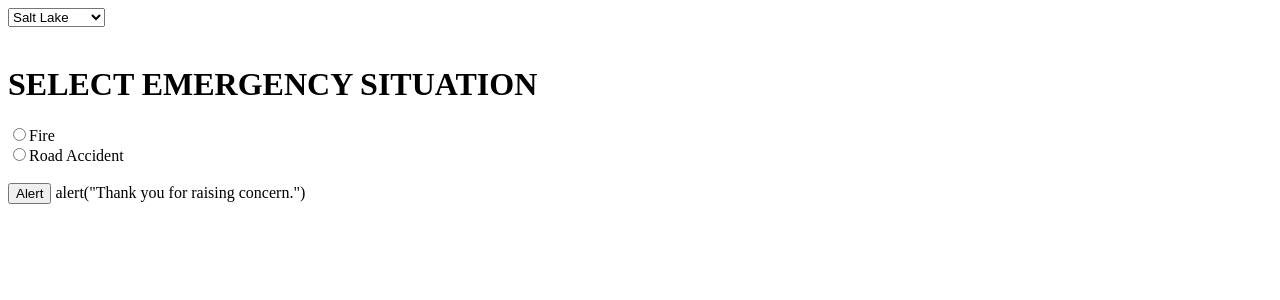
Repository: jeetlovely/ems
Page: EmergencyManagement/WebContent/userpage.html
These files come from the project's save history. The page is drawn as it stood at one moment and after the next save; the edit follows.
The browser window is 1280 px wide. The pictures show the whole page.

Above is the page before, as saved 2018-04-29 16:19:58.

### EmergencyManagement/WebContent/userpage.html
<!DOCTYPE html>
<html>
<head>
<meta charset="ISO-8859-1">
<title>Insert title here</title>
</head>
<body>

<form action="Acknowledgement">
<select name="location">
  <option value="22.579956,88.437950">Salt Lake</option>
  <option value="22.5170,88.3658">Gariahat</option>
  <option value="22.5982,88.3687">Shyambazar</option>
</select> <br><br>
<h1>SELECT EMERGENCY SITUATION</h1>
<input type="radio" name="accidentType" value="msp101">Fire<br>
<input type="radio" name="accidentType" value="msp102">Road Accident<br><br>

<input type="submit" value="Alert">

alert("Thank you for raising concern.")

</form>

</body>
</html>

After the next save:
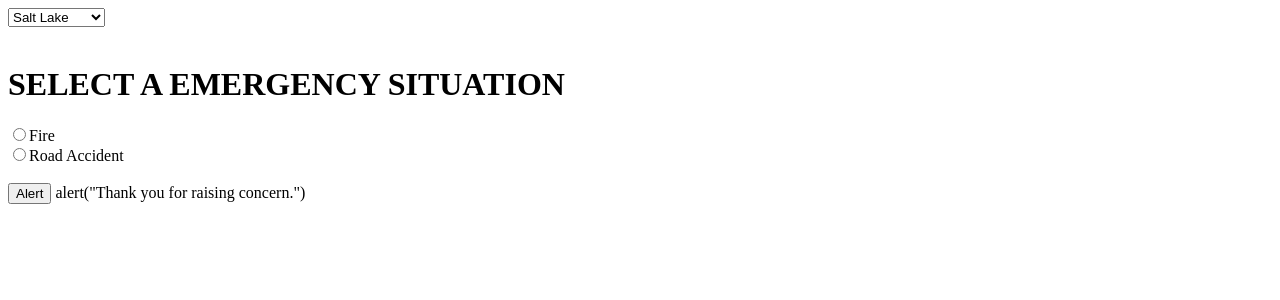
Saved 2 min 40 s later.
--- a/EmergencyManagement/WebContent/userpage.html
+++ b/EmergencyManagement/WebContent/userpage.html
@@ -12,7 +12,7 @@
   <option value="22.5170,88.3658">Gariahat</option>
   <option value="22.5982,88.3687">Shyambazar</option>
 </select> <br><br>
-<h1>SELECT EMERGENCY SITUATION</h1>
+<h1>SELECT A EMERGENCY SITUATION</h1>
 <input type="radio" name="accidentType" value="msp101">Fire<br>
 <input type="radio" name="accidentType" value="msp102">Road Accident<br><br>
 
